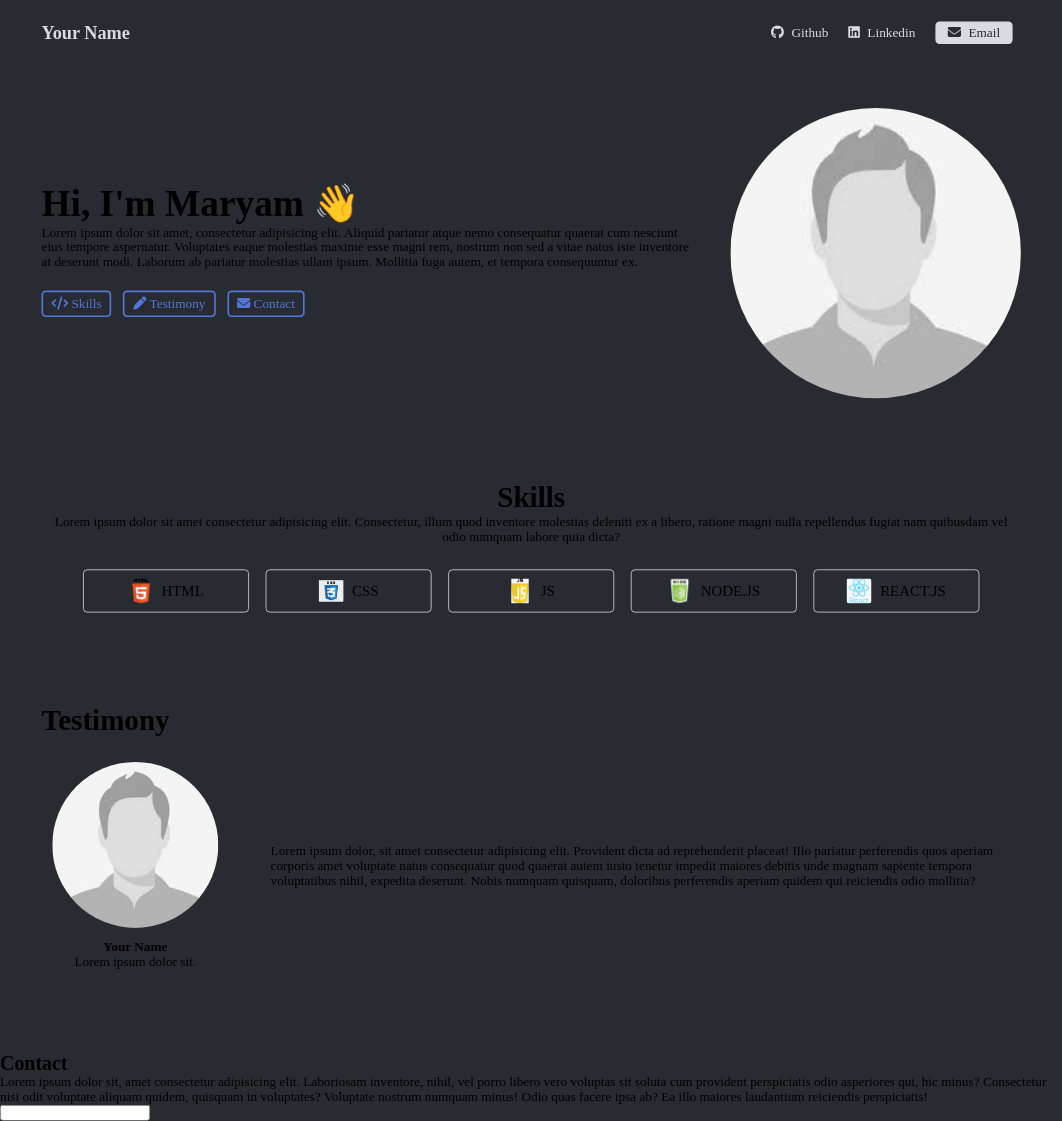
Repository: MaramMaryam/my-portfolio-test
Page: index.html
These files come from the project's save history. The page is drawn as it stood at one moment and after the next save; the edit follows.
The browser window is 1280 px wide. The pictures show the whole page, at 83% of full size.
Some web libraries are served in a nearby version.

Above is the page before, as saved 2024-09-20 19:22:57.

After the next save:
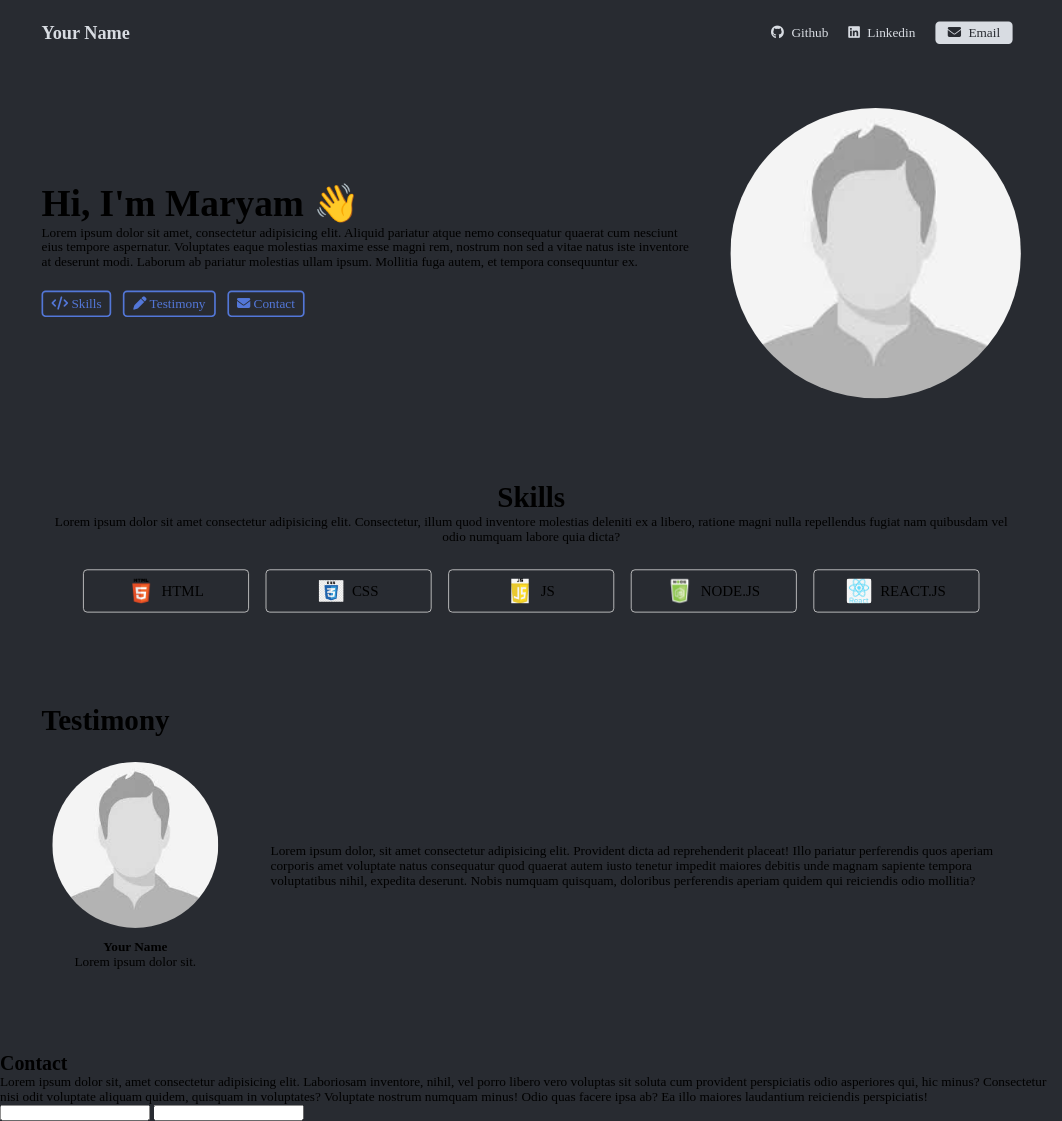
Saved 12 s later.
--- a/index.html
+++ b/index.html
@@ -141,6 +141,9 @@
                 <form action="">
                     <label for="name"></label>
                     <input type="text" id="name">
+
+                    <label for="name"></label>
+                    <input type="text" id="name">
                 </form>
             </div>
         </section>
